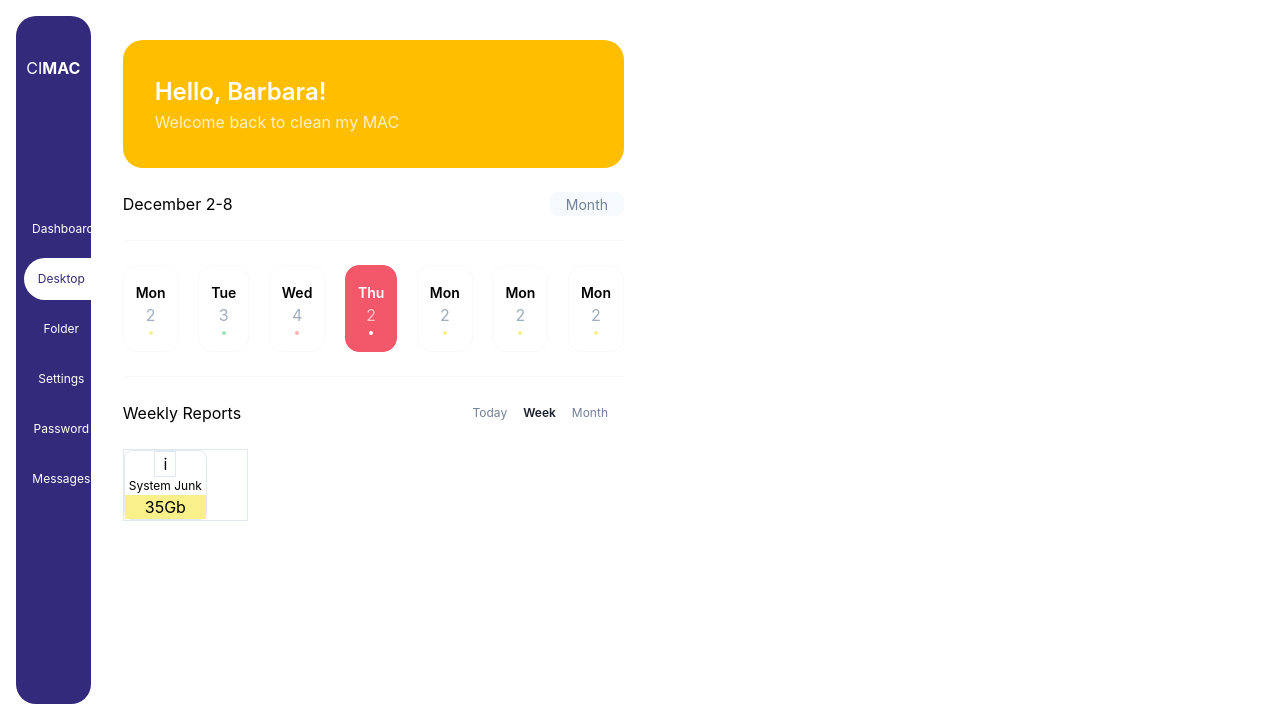
Repository: charleyvibez/experiment-Utility-software-UI
Page: index.html
These files come from the project's save history. The page is drawn as it stood at one moment and after a run of saves; the edit follows.
The browser window is 1280 px wide. The pictures show the whole page.

Above is the page before, as saved 2020-03-18 00:46:24.

### index.html
<!DOCTYPE html>
<html lang="en">
<head>
  <meta charset="UTF-8">
  <meta name="viewport" content="width=device-width, initial-scale=1.0">

  <link rel="stylesheet" href="tailwind.css">
  <link rel="stylesheet" href="index.css">
  <title>Document</title>
</head>
<body>
  <section class="flex">
     <aside class="w-1/12 p-4 h-screen">
      <div class="aside-container bg-gray-100 rounded-xl flex flex-col items-center h-full">
        <div class="logo pt-10 text-white">
          <h3>CI<span class="font-bold">MAC</span></h3>
        </div>

      <nav class="flex flex-col items-center text-xs mt-32 text-center text-white w-full pl-2">
        <div class="nav-item w-full pl-2 py-3 mb-2">Dashboard</div>
        <div class="nav-item w-full pl-2 py-3 mb-2 active-nav">Desktop</div>
        <div class="nav-item w-full pl-2 py-3 mb-2">Folder</div>
        <div class="nav-item w-full pl-2 py-3 mb-2">Settings</div>
        <div class="nav-item w-full pl-2 py-3 mb-2">Password</div>
        <div class="nav-item w-full pl-2 py-3 mb-2">Messages</div>
      </nav>
      </div>

    </aside>

  <main class="w-5/12 p-4 h-screen pt-10">
    <div class="main-container">
      <div class="hello p-8 h-32 yellow-bg rounded-xl flex flex-col justify-center">
        <h1 class="text-2xl font-semibold text-white">Hello, Barbara!</h1>
        <p class="yellow-text-support">Welcome back to clean my MAC</p>
      </div>
      <div class="date">
        <div class="heading flex justify-between border-b border-gray-100 py-6">
          <div class="heading-date-range">
            <Span> December 2-8</Span>
          </div>
          <div class="heading-month bg-gray-100 px-4 rounded-lg flex items-center">
            <span class="inline-block text-sm text-gray-600">Month</span>
          </div>
        </div>
        <div class="days flex justify-between py-6  border-b border-gray-100">
          <div class="day flex flex-col items-center py-4 px-3 border border-gray-100 rounded-lg">
            <h3 class="font-semibold text-sm">Mon</h3>
            <span class="text-gray-500">2</span>
            <span class="w-1 h-1 bg-yellow-300 rounded-full mt-1"></span>
          </div>
          <div class="day flex flex-col items-center py-4 px-3 border border-gray-100 rounded-lg">
            <h3 class="font-semibold text-sm">Tue</h3>
            <span class="text-gray-500">3</span>
            <span class="w-1 h-1 bg-green-300 rounded-full mt-1"></span>
          </div>
          <div class="day flex flex-col items-center py-4 px-3 border border-gray-100 rounded-lg">
            <h3 class="font-semibold text-sm">Wed</h3>
            <span class="text-gray-500">4</span>
            <span class="w-1 h-1 bg-red-300 rounded-full mt-1"></span>
          </div>
          <div class="day flex flex-col items-center py-4 px-3 border border-gray-100 rounded-lg active-day">
            <h3 class="font-semibold text-sm">Thu</h3>
            <span class="inline-block text-gray-500 day-number">2</span>
            <span class="inline-block w-1 h-1 bg-yellow-300 rounded-full mt-1 day-indicator"></span>
          </div>
          <div class="day flex flex-col items-center py-4 px-3 border border-gray-100 rounded-lg">
            <h3 class="font-semibold text-sm">Mon</h3>
            <span class="text-gray-500">2</span>
            <span class="w-1 h-1 bg-yellow-300 rounded-full mt-1"></span>
          </div>
          <div class="day flex flex-col items-center py-4 px-3 border border-gray-100 rounded-lg">
            <h3 class="font-semibold text-sm">Mon</h3>
            <span class="text-gray-500">2</span>
            <span class="w-1 h-1 bg-yellow-300 rounded-full mt-1"></span>
          </div>
          <div class="day flex flex-col items-center py-4 px-3 border border-gray-100 rounded-lg">
            <h3 class="font-semibold text-sm">Mon</h3>
            <span class="text-gray-500">2</span>
            <span class="w-1 h-1 bg-yellow-300 rounded-full mt-1"></span>
          </div>
        </div>
      </div>

       <div class="Reports">
        <div class="heading flex justify-between  py-6">
          <div class="heading-date-range">
            <Span class="font-normal"> Weekly Reports</Span>
          </div>
          <div class="heading-reports  px-4 rounded-lg flex items-center">
            <span class="inline-block text-gray-600 text-xs">Today</span>
            <span class="inline-block text-gray-900 ml-4 text-xs font-semibold">Week</span>
            <span class="inline-block text-gray-600 ml-4 text-xs">Month</span>
          </div>


        </div>
        <div class="junks">
          <div class="system-junk w-1/4 border flex items-center pr-10">
           <div class="bg-white rounded-lg flex flex-col items-center border w-full">
             <span class="junk-icon inline-block px-2 border">
              i
            </span>
            <h6 class="text-xs">System Junk</h6>
            <span class="inline-block bg-yellow-300 px-5">35Gb</span>
           </div>
          </div>
        </div>
       </div>
    </div>
  </main>
  </section>

</body>
</html>

### index.css
* {
  margin: 0;
  padding: 0;
  box-sizing: border-box;
}

.aside-container {
  background: #332a7b;
}
.active-nav {
  position: relative;
  background:white;
  color: #332a7b;
  border-bottom-left-radius: 30px;
  border-top-left-radius: 30px;
}

/* .active-nav:before {
  position: absolute;
  content: '';
  height: 30px;
  width: 30px;
  border-radius: 50%;
  top: -25px;
  right: 0;
  background: #332a7b;
} */

.rounded-xl {
  border-radius: 20px
}

.yellow-bg {
  background: #ffbf00;
}
.yellow-text-support {
  color: #fff1c5
}

.day {
  border-radius: 14px;
}

.active-day {
  background: #f2586a;
  border: 1px solid #f2586a
}

.active-day h3 {
  color: white;
  ;
}
.active-day .day-number {
  color: #ffbec6;
}
.active-day .day-indicator {
  background: white;
}

Loaded but not shown: tailwind.css (library)

After the next 3 saves:
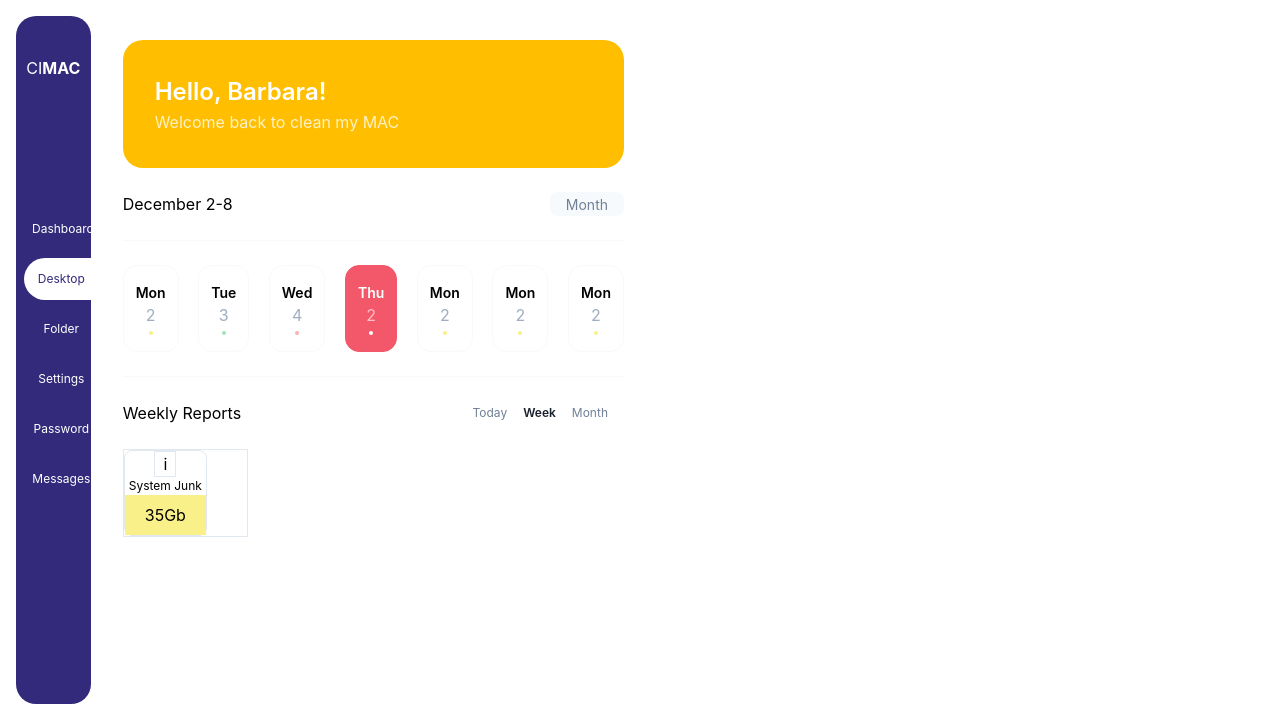
The 3 saves are shown as one change because they came seconds apart.
The last was saved 14 s later.
--- a/index.html
+++ b/index.html
@@ -102,7 +102,7 @@
               i
             </span>
             <h6 class="text-xs">System Junk</h6>
-            <span class="inline-block bg-yellow-300 px-5">35Gb</span>
+            <span class="inline-block bg-yellow-300 px-5 py-2">35Gb</span>
            </div>
           </div>
         </div>
